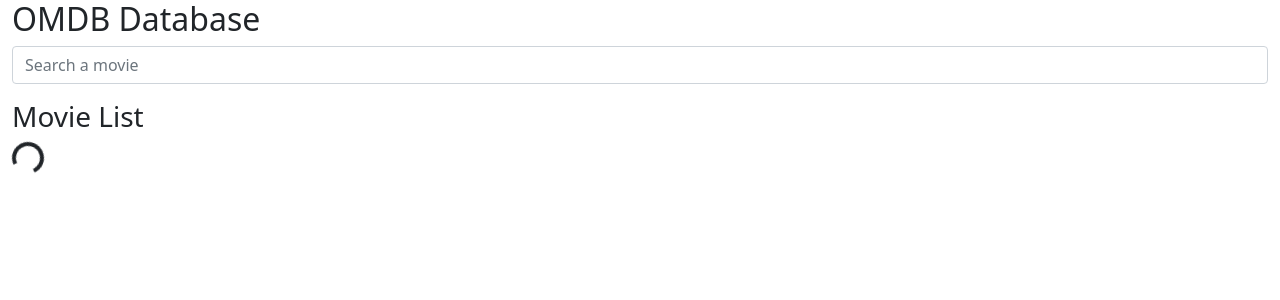
Repository: anirudhbichal/OMDBList
Page: /
An editor plug-in stored every save of this project. The page is shown before and after the next save, followed by the edit.
The browser window is 1280 px wide. The pictures show the whole page.
The page's requests for data from a server got no answer. The project was rebuilt for these pictures with package versions that can differ from the ones it lists, and the page was loaded fresh each time. No one was signed in, and anything a server would have sent is missing. Also part of the build but not shown: src/App.css, src/components/MovieList.js.

Above is the page before, as saved 2022-01-16 23:15:29.

### src/App.js
import { useEffect, useState } from 'react';
import './App.css';
import 'bootstrap/dist/css/bootstrap.min.css';
import { Container, Spinner } from 'react-bootstrap';
import Search from './components/Search';
import MovieList from './components/MovieList';

function App() {
  const [searchvalue, setsearchvalue] = useState('fast');
  const [movies, setMovies] = useState([]);
  const [loading, setLoading] = useState(false);
  const [initialLoad, setinitialLoad] = useState(true);
  const [pageNumber, setpageNumber] = useState(1);
  const [totalResults, settotalResults] = useState(0);

  function getFullMovieDetails (id) {
    return fetch(`http://www.omdbapi.com/?i=${id}&apikey=6c3a2d45`);
  }

  async function fetchSearchData (val) {
    setLoading(true);
    let results = await fetch(`http://www.omdbapi.com/?s=${val}&apiKey=6c3a2d45&page=${pageNumber}`);
    results = await results.json();
    if(results.Response === "False") setLoading(false);

    if(initialLoad && results.Response !== "False") {
      results.Search = [...results.Search.splice(0,2)];
      setinitialLoad(false);
      settotalResults(Number(results.totalResults));
    };
    results && results.Search && Promise.all(results.Search.map((r) => getFullMovieDetails(r.imdbID)))
      .then(async(res)=> Promise.all(res.map(async(data) => await data.json())))
      .then(data => {
        setMovies(data);
        setLoading(false);
      })
      .catch(err => {
        console.error(err);
        setLoading(false);
      });
  };

  useEffect(() => {
    if(searchvalue !== '') {
      fetchSearchData(searchvalue);
    }
  }, [searchvalue]);

  return (
    <Container fluid>
      <h2>OMDB Database</h2>
      <Search searchvalue={setsearchvalue} />
      <div className='mt-3'>
        <h3>Movie List</h3>
        {
          !loading ? (movies.length > 0  ? <MovieList movieData={movies}/> : <p>No Data Available</p>) :
          <Spinner animation="border" role="status">
            <span className="visually-hidden">Loading...</span>
          </Spinner>
        }
      </div>
    </Container>
  );
}

export default App;

### src/components/Search.js
import React, { useCallback } from 'react';
import { Col, Form } from 'react-bootstrap';
import debounce from 'lodash.debounce';

const Search = (props) => {

    const getSearchValue = (event) => {
        if(event.target.value) {
            props.searchvalue(event.target.value);
        }
    }

    const debouncedChangeHandler = useCallback(
        debounce(getSearchValue, 500)
    , []);

    return (
        <Col>
            <Form.Control placeholder="Search a movie" onChange={debouncedChangeHandler}/>
        </Col>
    )
}

export default Search

Loaded but not shown: public/index.html (common file); src/index.js (common file); src/index.css (common file); src/reportWebVitals.js (common file)

After the next save:
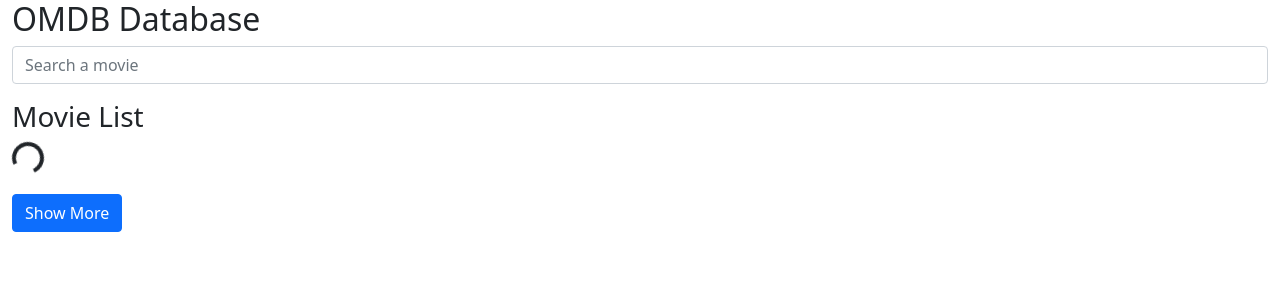
Saved 5 min 30 s later.
--- a/src/App.js
+++ b/src/App.js
@@ -1,7 +1,7 @@
 import { useEffect, useState } from 'react';
 import './App.css';
 import 'bootstrap/dist/css/bootstrap.min.css';
-import { Container, Spinner } from 'react-bootstrap';
+import { Button, Container, Spinner } from 'react-bootstrap';
 import Search from './components/Search';
 import MovieList from './components/MovieList';
 
@@ -11,7 +11,7 @@
   const [loading, setLoading] = useState(false);
   const [initialLoad, setinitialLoad] = useState(true);
   const [pageNumber, setpageNumber] = useState(1);
-  const [totalResults, settotalResults] = useState(0);
+  const [disableShowMore, setdisableShowMore] = useState(false);
 
   function getFullMovieDetails (id) {
     return fetch(`http://www.omdbapi.com/?i=${id}&apikey=6c3a2d45`);
@@ -21,17 +21,19 @@
     setLoading(true);
     let results = await fetch(`http://www.omdbapi.com/?s=${val}&apiKey=6c3a2d45&page=${pageNumber}`);
     results = await results.json();
-    if(results.Response === "False") setLoading(false);
+    if(results.Response === "False") {
+      setLoading(false);
+      setdisableShowMore(true);
+    }
 
     if(initialLoad && results.Response !== "False") {
       results.Search = [...results.Search.splice(0,2)];
       setinitialLoad(false);
-      settotalResults(Number(results.totalResults));
     };
     results && results.Search && Promise.all(results.Search.map((r) => getFullMovieDetails(r.imdbID)))
       .then(async(res)=> Promise.all(res.map(async(data) => await data.json())))
       .then(data => {
-        setMovies(data);
+        setMovies([...movies, data]);
         setLoading(false);
       })
       .catch(err => {
@@ -46,11 +48,15 @@
     }
   }, [searchvalue]);
 
+  const showMoreClicked = () => {
+    setpageNumber(pageNumber + 1);
+  }
+
   return (
     <Container fluid>
       <h2>OMDB Database</h2>
       <Search searchvalue={setsearchvalue} />
-      <div className='mt-3'>
+      <div className='my-3'>
         <h3>Movie List</h3>
         {
           !loading ? (movies.length > 0  ? <MovieList movieData={movies}/> : <p>No Data Available</p>) :
@@ -59,6 +65,7 @@
           </Spinner>
         }
       </div>
+      <Button onClick={showMoreClicked} disabled={disableShowMore}>Show More</Button>
     </Container>
   );
 }
